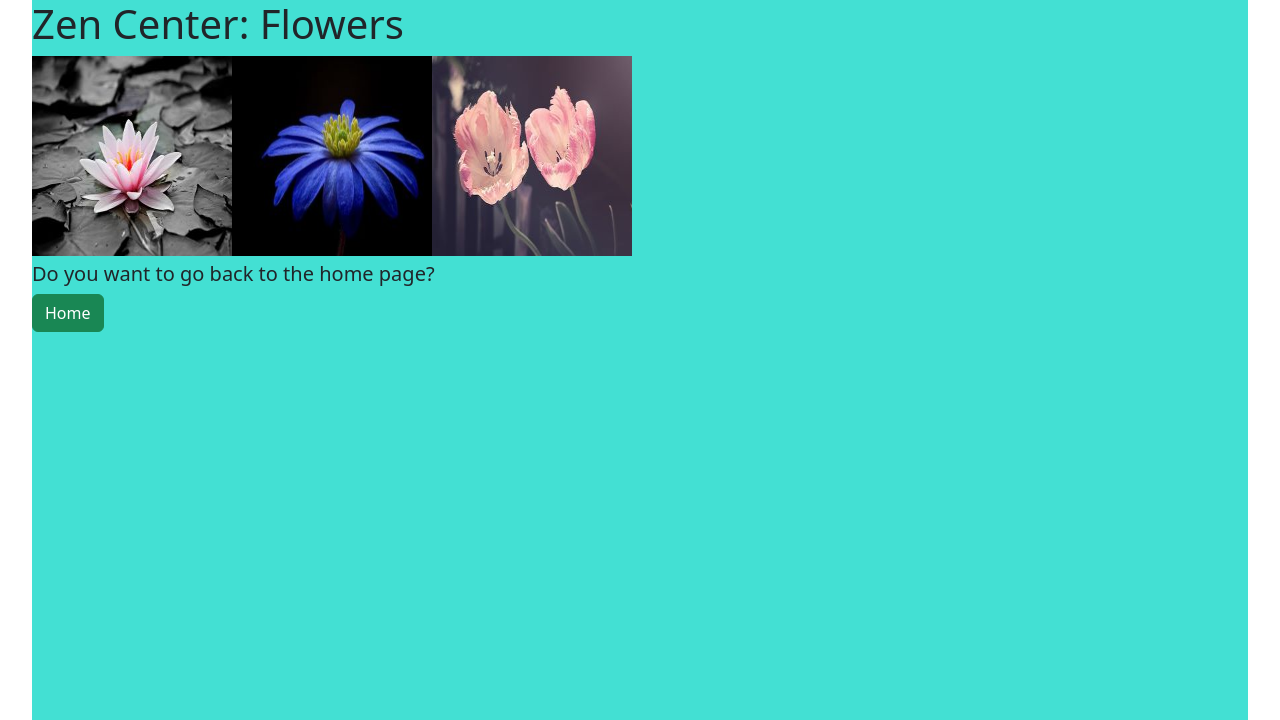
Repository: collegedude9300/zenstationnext
Page: /Flower
An editor plug-in stored every save of this project. The page is shown before and after the next save, followed by the edit.
The browser window is 1280 px wide. The pictures show the whole page.
The project was rebuilt for these pictures with package versions that can differ from the ones it lists, and the page was loaded fresh each time. The framework's server and built-in components were replaced by stand-ins that run in the browser. Also part of the build but not shown: next.config.js.

Above is the page before, as saved 2022-10-19 12:29:58.

### pages/Flower.js
import Head from 'next/head'
import Image from 'next/image'
import styles from '../styles/Home.module.css'
import 'bootstrap/dist/css/bootstrap.css'
import Link from 'next/link'
export default function Flower() {
return (
    <div className={styles.container}>
      <Head>
        <title>About</title>
        <meta name="description" content="Generated by create next app" />
        <link rel="icon" href="/favicon.ico" />
      </Head>
      <main className={styles.pages}>
      <h1>Zen Center: Flowers</h1>
        <Image src="/flower_one.jpg" alt="flower"width="200px"height="200px"/>
        <Image src="/flower_two.jpg" alt="flower" width="200px"height="200px"/>
        <Image src="/flower_three.jpg" alt="flower" width="200px"height="200px"/>
        <br/>
        <h5>Do you want to go back to the home page?</h5>
        <Link href="/">
        <a className="btn btn-success">Home</a>
        </Link>
      </main>
      </div>
)}

### styles/Home.module.css
.container {
  padding: 0 2rem;
}
.pages{
  background-color: #43e0d3;
  min-height: 100vh;
}
.errorMessage {

  color: red;
  font-size: 20px ;

}
.quote {
  font-size: 35px;
  color: rgb(243, 14, 7);
}
.successMessage {

  color: green;
  font-size: 30px;
  display:none;
  margin-bottom:20px;
}

.main {
  min-height: 100vh;
  padding: 4rem 0;
  flex: 1;
  display: flex;
  flex-direction: column;
  justify-content: center;
  align-items: center;
}
.aboutBio {

  margin: 0;
  line-height: 1.15;
  font-size: 4rem;
  text-align: center;
}
.footer {
  display: flex;
  flex: 1;
  padding: 2rem 0;
  border-top: 1px solid #eaeaea;
  justify-content: center;
  align-items: center;
}

.footer a {
  display: flex;
  justify-content: center;
  align-items: center;
  flex-grow: 1;
}

.title a {
  color: #0070f3;
  text-decoration: none;
}

.title a:hover,
.title a:focus,
.title a:active {
  text-decoration: underline;
}

.title {
  margin: 0;
  line-height: 1.15;
  font-size: 4rem;
}

.title,
.description {
  text-align: center;
}

.description {
  margin: 4rem 0;
  line-height: 1.5;
  font-size: 1.5rem;
}

.code {
  background: #fafafa;
  border-radius: 5px;
  padding: 0.75rem;
  font-size: 1.1rem;
  font-family: Menlo, Monaco, Lucida Console, Liberation Mono, DejaVu Sans Mono,
    Bitstream Vera Sans Mono, Courier New, monospace;
}

.grid {
  display: flex;
  align-items: center;
  justify-content: center;
  flex-wrap: wrap;
  max-width: 800px;
}

.card {
  margin: 1rem;
  padding: 1.5rem;
  text-align: left;
  color: inherit;
  text-decoration: none;
  border: 1px solid #eaeaea;
  border-radius: 10px;
  transition: color 0.15s ease, border-color 0.15s ease;
  max-width: 300px;
}

.card:hover,
.card:focus,
.card:active {
  color: #0070f3;
  border-color: #0070f3;
}

.card h2 {
  margin: 0 0 1rem 0;
  font-size: 1.5rem;
}

.card p {
  margin: 0;
  font-size: 1.25rem;
  line-height: 1.5;
}

.logo {
  height: 1em;
  margin-left: 0.5rem;
}

@media (max-width: 600px) {
  .grid {
    width: 100%;
    flex-direction: column;
  }
}

@media (prefers-color-scheme: dark) {
  .card,
  .footer {
    border-color: #222;
  }
  .code {
    background: #111;
  }
  .logo img {
    filter: invert(1);
  }
}

Loaded but not shown: pages/_app.js (common file); styles/globals.css (common file)

After the next save:
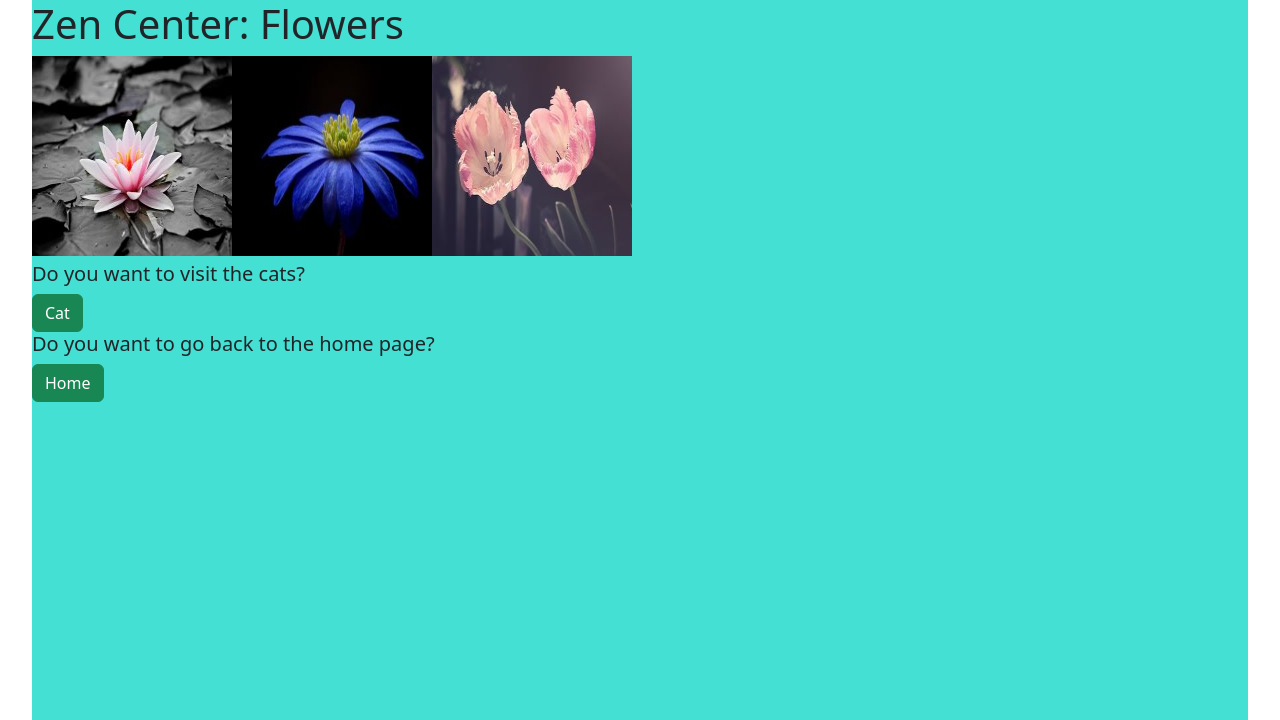
Saved 94 s later.
--- a/pages/Flower.js
+++ b/pages/Flower.js
@@ -17,6 +17,10 @@ return (
         <Image src="/flower_two.jpg" alt="flower" width="200px"height="200px"/>
         <Image src="/flower_three.jpg" alt="flower" width="200px"height="200px"/>
         <br/>
+        <h5>Do you want to visit the cats?</h5>
+        <Link href="/Cat">
+        <a className="btn btn-success">Cat</a>
+        </Link>
         <h5>Do you want to go back to the home page?</h5>
         <Link href="/">
         <a className="btn btn-success">Home</a>
